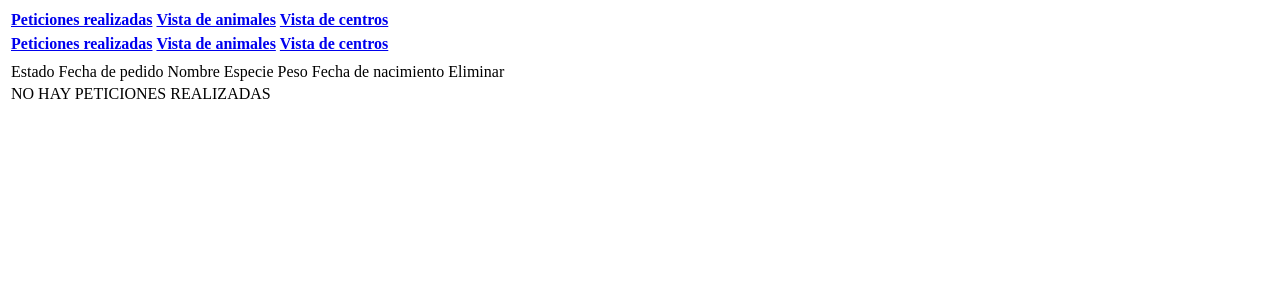
Repository: jorgesanchezfernandez/CodePortfolio
Page: http://localhost/Perrera/realizarPeticion.jsp
An editor plug-in stored every save of this project. The page is shown before and after the next save, followed by the edit.
The browser window is 1280 px wide. The pictures show the whole page.
The page is served by Tomcat 9.

Above is the page before, as saved 2006-05-04 15:52:41.

After the next save:
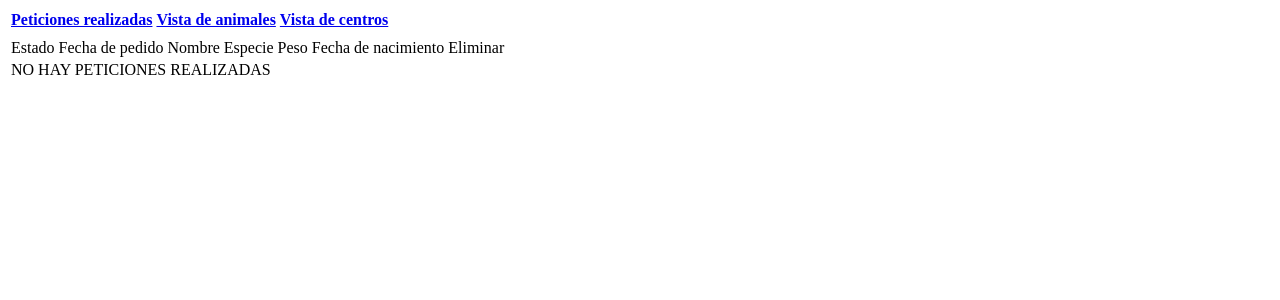
Saved 109 s later.
--- a/Java & Javascript/Web/Perrera/WebContent/realizarPeticion.jsp
+++ b/Java & Javascript/Web/Perrera/WebContent/realizarPeticion.jsp
@@ -46,9 +46,6 @@
 	}
 %>
 <div>
-	<jsp:include page="Menu.html"  />
-</div>
-<div>
 	<jsp:include page="LineaPeticiones.jsp?botones=1"  />
 </div>
 </body>
